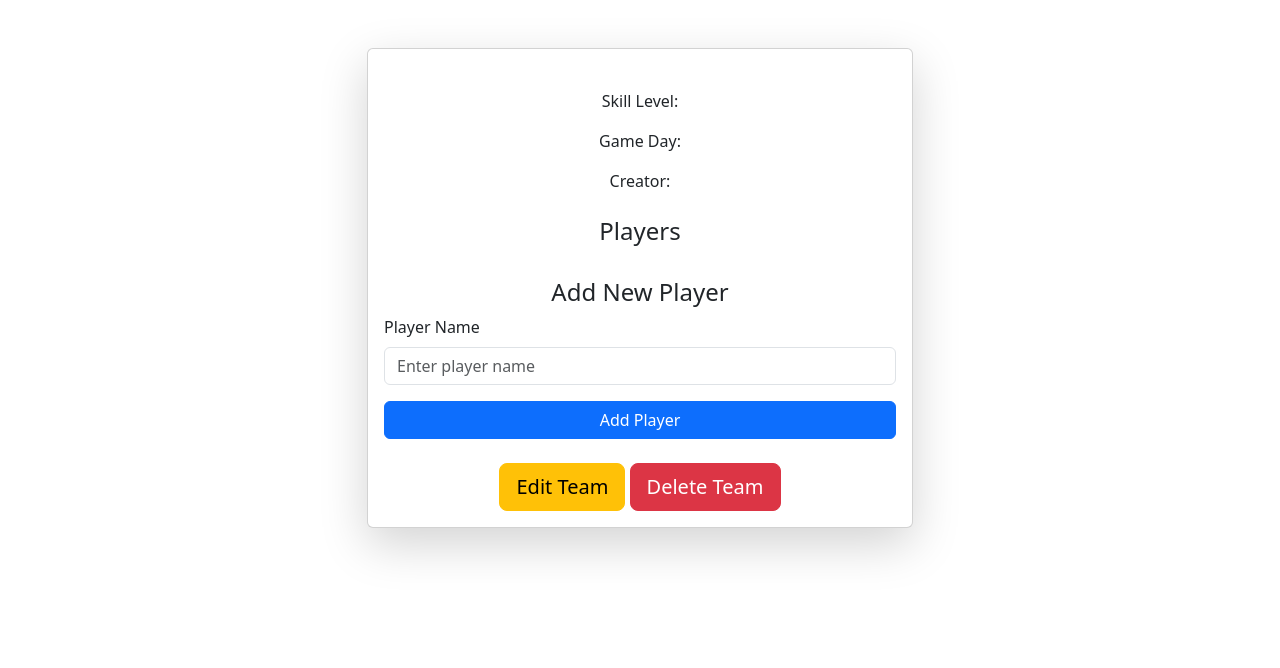
Repository: MohammedAbuMukh/Practical_Exam_Java
Page: http://localhost/Java_Exam/WEB-INF/teamDetails.jsp
An editor plug-in stored every save of this project. The page is shown before and after the next save, followed by the edit.
The browser window is 1280 px wide. The pictures show the whole page.
The page is served by Tomcat 10. Nobody is signed in. Other server files are loaded and not shown. The template is opened directly, without the code that normally fills it, so the values that code supplies are empty.

Above is the page before, as saved 2024-12-30 10:39:41.

### Java_Exam/src/main/webapp/WEB-INF/teamDetails.jsp
<%@ page language="java" contentType="text/html; charset=UTF-8" pageEncoding="UTF-8"%>
<%@ taglib prefix="c" uri="http://java.sun.com/jsp/jstl/core" %>
<%@ taglib prefix="form" uri="http://www.springframework.org/tags/form" %>
<!DOCTYPE html>
<html lang="en">

<head>
    <meta charset="UTF-8">
    <meta name="viewport" content="width=device-width, initial-scale=1.0">
    <title>Team Details</title>
    <link href="https://cdn.jsdelivr.net/npm/bootstrap@5.3.0-alpha1/dist/css/bootstrap.min.css" rel="stylesheet">
</head>

<body>
    <div class="container mt-5">
        <div class="row justify-content-center">
            <div class="col-md-8 col-lg-6">
                <div class="card shadow-lg">
                    <div class="card-body">
                        <h2 class="text-center mb-4">${team.name}</h2>
                        <p class="text-center">Skill Level: ${team.skillLevel}</p>
                        <p class="text-center">Game Day: ${team.gameDay}</p>
                        <p class="text-center">Creator: ${team.creator.peopleName}</p>

                        <h4 class="text-center mt-4">Players</h4>
                        <ul class="list-group">
                            <c:forEach var="player" items="${team.players}">
                                <li class="list-group-item">${player.peopleName}</li>
                            </c:forEach>
                        </ul>

                        <div class="form-section mt-4">
                            <h4 class="text-center">Add New Player</h4>
                            <form:form action="/teams/${team.id}/players" method="post" modelAttribute="newPlayer">
                                <div class="mb-3">
                                    <form:label path="peopleName" cssClass="form-label" for="playerName">Player Name</form:label>
                                    <form:input path="peopleName" id="playerName" class="form-control" placeholder="Enter player name" />
                                    <form:errors path="peopleName" cssClass="text-danger" />
                                </div>

                                <div class="d-grid">
                                    <button type="submit" class="btn btn-primary">Add Player</button>
                                </div>
                            </form:form>
                        </div>

                        <div class="text-center mt-4">
                            <a href="/teams/${team.id}/edit" class="btn btn-warning btn-lg">Edit Team</a>
                            <a href="/teams/${team.id}/delete" class="btn btn-danger btn-lg">Delete Team</a>
                        </div>
                    </div>
                </div>
            </div>
        </div>
    </div>

    <script src="https://cdn.jsdelivr.net/npm/bootstrap@5.3.0-alpha1/dist/js/bootstrap.bundle.min.js"></script>
</body>

</html>

After the next save:
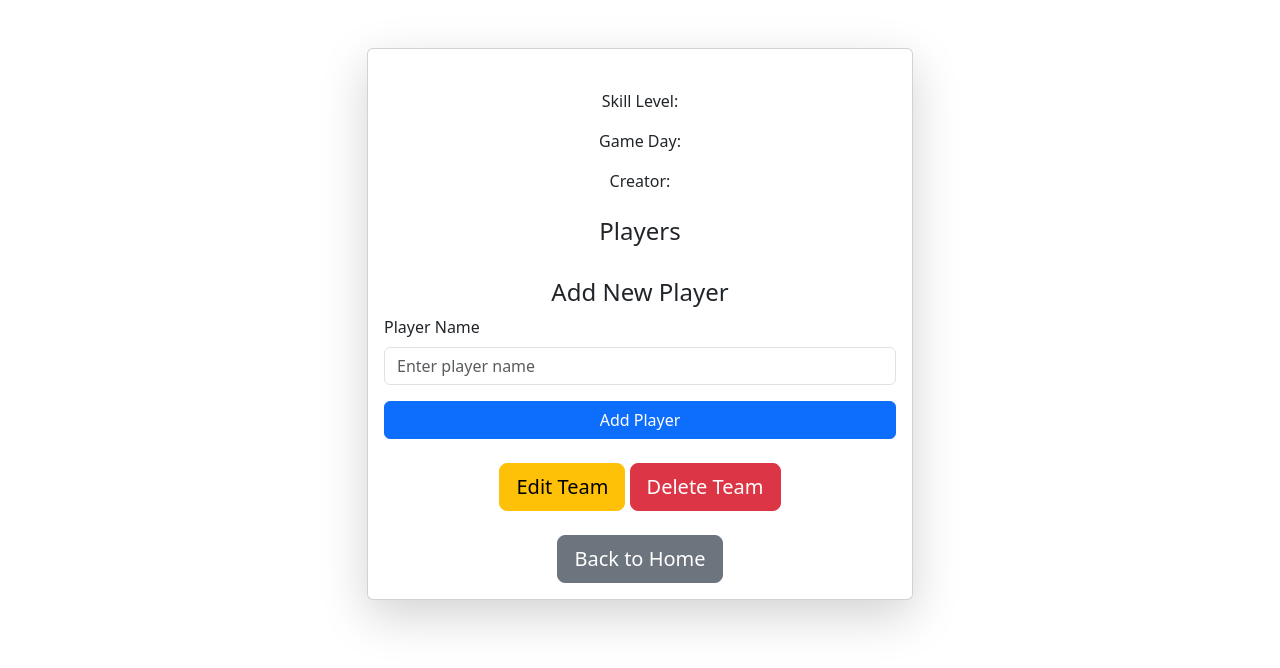
Saved 3 min 49 s later.
--- a/Java_Exam/src/main/webapp/WEB-INF/teamDetails.jsp
+++ b/Java_Exam/src/main/webapp/WEB-INF/teamDetails.jsp
@@ -48,6 +48,10 @@
                             <a href="/teams/${team.id}/edit" class="btn btn-warning btn-lg">Edit Team</a>
                             <a href="/teams/${team.id}/delete" class="btn btn-danger btn-lg">Delete Team</a>
                         </div>
+
+                        <div class="text-center mt-4">
+                            <a href="/home" class="btn btn-secondary btn-lg">Back to Home</a>
+                        </div>
                     </div>
                 </div>
             </div>
